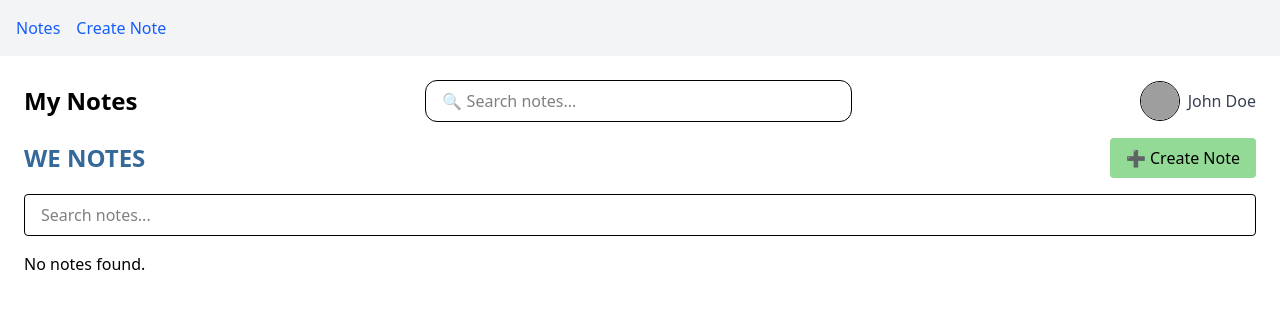
Repository: pin-seavmuy/NoteApplication
Page: / (app in note-vue/)
The author's editor kept a copy of each file at every save. The page is drawn from the files as they stood at one save, then again after the next save.
The browser window is 1280 px wide. The pictures show the whole page.
Pictures or frames that could not be fetched are drawn as grey boxes. The page's requests for data from a server got no answer. The project was rebuilt for these pictures with package versions that can differ from the ones it lists, and the page was loaded fresh each time. No one was signed in, and anything a server would have sent is missing. Also part of the build but not shown: note-vue/vite.config.ts, note-vue/src/components/NoteWrapper.vue, note-vue/src/views/CreateNote.vue, note-vue/src/views/NoteDetail.vue, note-vue/src/views/UpdateNote.vue.

Above is the page before, as saved 2025-09-16 11:14:17.

### note-vue/src/main.ts
// import { createApp } from 'vue'
// import './style.css'
// import App from './App.vue'

// createApp(App).mount('#app')


import { createApp } from 'vue'
import App from './App.vue'
import router from './router'
import './style.css'

const app = createApp(App)
app.use(router)
app.mount('#app')

### note-vue/src/App.vue
<script setup lang="ts">
  import HelloWorld from './components/HelloWorld.vue'
  import NotesList from '../components/NotesList.vue'
</script>

<!-- <template>
  <div>
    <HelloWorld msg="Vite + Vue" />
    <NotesList />
  </div>
</template> -->

<template>
  <div>
    <nav class="p-4 bg-gray-100 flex space-x-4">
      <router-link to="/" class="text-blue-600 hover:underline">Notes</router-link>
      <router-link to="/create" class="text-blue-600 hover:underline">Create Note</router-link>
    </nav>

    <router-view />
  </div>
</template>

<style scoped>
</style>

### note-vue/src/router/index.ts
import { createRouter, createWebHistory } from 'vue-router'

import NotesList from '../views/NotesList.vue'
import CreateNote from '../views/CreateNote.vue'
import NoteDetail from '../views/NoteDetail.vue'
import UpdateNote from '../views/UpdateNote.vue'

const routes = [
  {
    path: '/',
    name: 'NotesList',
    component: NotesList,
  },
  {
    path: '/create',
    name: 'CreateNote',
    component: CreateNote,
  },
  {
    path: '/notes/:id',
    name: 'NoteDetail',
    component: NoteDetail,
    props: true,
  },
    {
    path: '/notes/:id/edit',
    name: 'UpdateNote',
    component: UpdateNote,
    props: true
    }
]

const router = createRouter({
  history: createWebHistory(),
  routes,
})

export default router

### note-vue/src/views/NotesList.vue
<template>
  <div class="p-6">
    <div class="flex items-center justify-between mb-4 space-x-72">
      <h1 class="text-2xl font-bold " style="color: ;">My Notes</h1>

      <input
        v-model="search"
        type="text"
        placeholder="🔍 Search notes..."
        class="px-4 py-2 border rounded-xl flex-grow"
      />

      <div class="flex items-center space-x-2 flex-shrink-0">
        <img
          src="https://ui-avatars.com/api/?name=User"
          alt="User Avatar"
          class="w-10 h-10 rounded-full border"
        />
        <span class="text-gray-700 font-medium">John Doe</span>
      </div>
    </div>

    <div class="flex items-center justify-between mb-4">

      <router-link to="/" class="text-2xl font-bold flex-shrink-0 hover:underline" style="color: #34699A;">WE NOTES</router-link>
      <router-link
        to="/create"
        class="text-base px-4 py-2 rounded text-black hover:brightness-90"
        style="background-color: #93DA97;"
      >
        ➕  Create Note
      </router-link>
    </div>



    <input
      v-model="search"
      type="text"
      placeholder="Search notes..."
      class="px-4 py-2 border rounded w-full mb-4"
    />

    <div v-if="loading">Loading...</div>
    <div v-else-if="filteredNotes.length === 0">No notes found.</div>

    <div
      v-else
      class="grid gap-4 grid-cols-1 sm:grid-cols-2 lg:grid-cols-3 xl:grid-cols-4"
    >
      <NoteWrapper
        v-for="note in filteredNotes"
        :key="note.id"
        :note="note"
      />
    </div>
  </div>
</template>

<script setup lang="ts">
import { ref, computed, onMounted } from 'vue'
import api from '../api/axios'
import NoteWrapper from '../components/NoteWrapper.vue'

interface Note {
  id: number
  title: string
  content: string | null
  createdAt: string
  updatedAt?: string | null
}

const notes = ref<Note[]>([])
const loading = ref(false)
const search = ref('')

async function fetchNotes() {
  loading.value = true
  try {
    const res = await api.get('/Notes')
    notes.value = res.data as Note[]
  } catch (error) {
    console.error('Error fetching notes:', error)
  } finally {
    loading.value = false
  }
}

const filteredNotes = computed(() =>
  notes.value.filter(note =>
    note.title.toLowerCase().includes(search.value.toLowerCase())
  )
)

onMounted(fetchNotes)
</script>

### note-vue/src/api/axios.ts
import axios from 'axios'

const api = axios.create({
  baseURL: 'http://localhost:5258/api',
})

export default api;

Loaded but not shown: note-vue/index.html (common file); note-vue/src/style.css (common file)

After the next save:
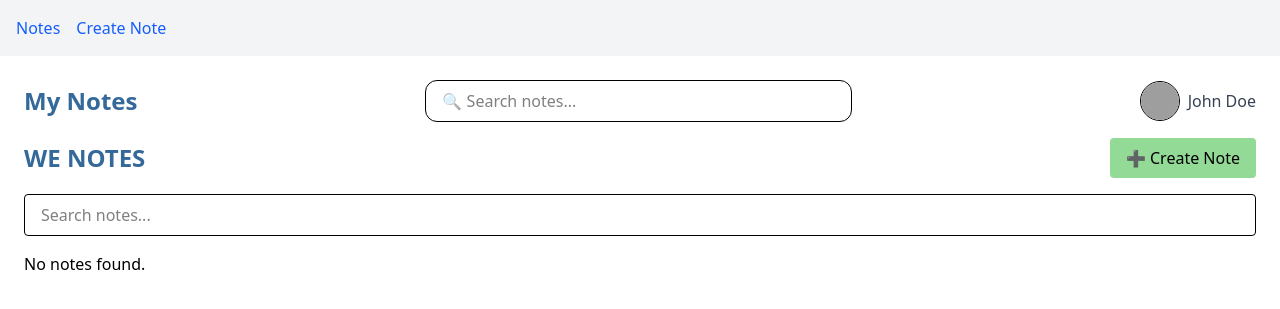
Saved 5 s later.
--- a/note-vue/src/views/NotesList.vue
+++ b/note-vue/src/views/NotesList.vue
@@ -1,7 +1,7 @@
 <template>
   <div class="p-6">
     <div class="flex items-center justify-between mb-4 space-x-72">
-      <h1 class="text-2xl font-bold " style="color: ;">My Notes</h1>
+      <h1 class="text-2xl font-bold " style="color: #34699A;">My Notes</h1>
 
       <input
         v-model="search"
